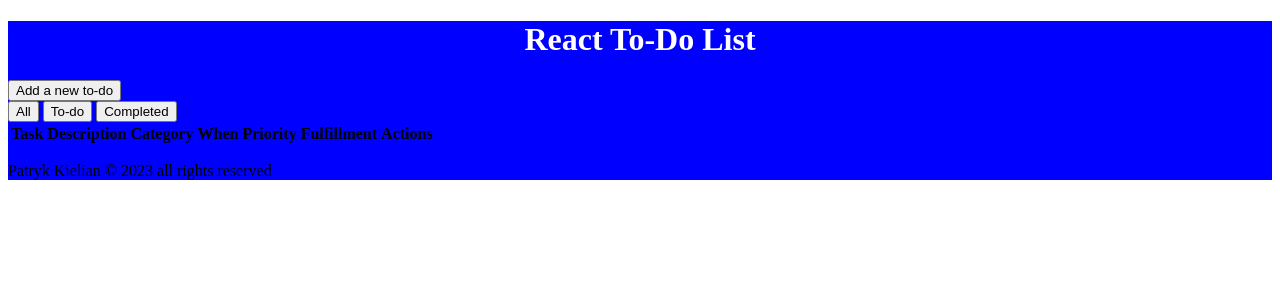
Repository: mirajane2/maquette-todo
Page: index.html
These files come from the project's save history. The page is drawn as it stood at one moment and after the next save; the edit follows.
The browser window is 1280 px wide. The pictures show the whole page.

Above is the page before, as saved 2024-11-12 15:19:55.

### index.html
<!DOCTYPE html>
<html lang="fr">
<head>
    <meta charset="UTF-8">
    <meta name="viewport" content="width=device-width, initial-scale=1.0">
    <link rel="stylesheet" href="index.css">
    <title>Maquette Figma</title>
</head>
<body>
    <div class="container">
        <div class="content">
            <h1 class="titre">React To-Do List</h1>
            <div>
                <button class="taches"> Add a new to-do</button>
                <div class="choix_selection">
                    <button class="show">All</button>
                    <button class="options">To-do</button>
                    <button class="options">Completed</button>
                </div>
            </div>

            <div class="table">
                <table>
                    <thead>
                        <tr>
                            <th>Task</th>
                            <th>Description</th>
                            <th>Category</th>
                            <th>When</th>
                            <th>Priority</th>
                            <th>Fulfillment</th>
                            <th>Actions</th>
                        </tr>
                    </thead>
                    <tbody class="valeur">
                        <script src="script.js"></script>
                    </tbody>
                </table>
            </div>

            <footer>
                <p>Patryk Kielian © 2023 all rights reserved</p>
            </footer>
        </div>
    </div>
</body>
</html>

### index.css
.container{
    background-color: blue;
}

.titre{
    color:#FFFFFF;
    font-weight: bold;
    text-align: center;

}

Loaded but not shown: script.js (no stored copy; drawn as an empty file)

After the next save:
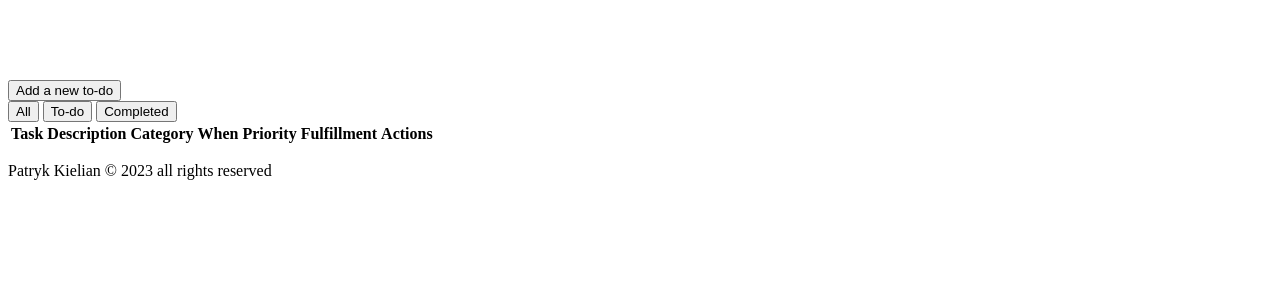
Saved 3 min 37 s later.
--- a/index.css
+++ b/index.css
@@ -1,10 +1,14 @@
 .container{
-    background-color: blue;
+    background: linear-gradient(from #517FF6, #253663);
+    opacity: 100%;
 }
 
 .titre{
     color:#FFFFFF;
     font-weight: bold;
+    opacity: 100%;
     text-align: center;
-
+    font-family: Jost;
+    line-height: Auto;
+    letter-spacing: 0%;
 }
